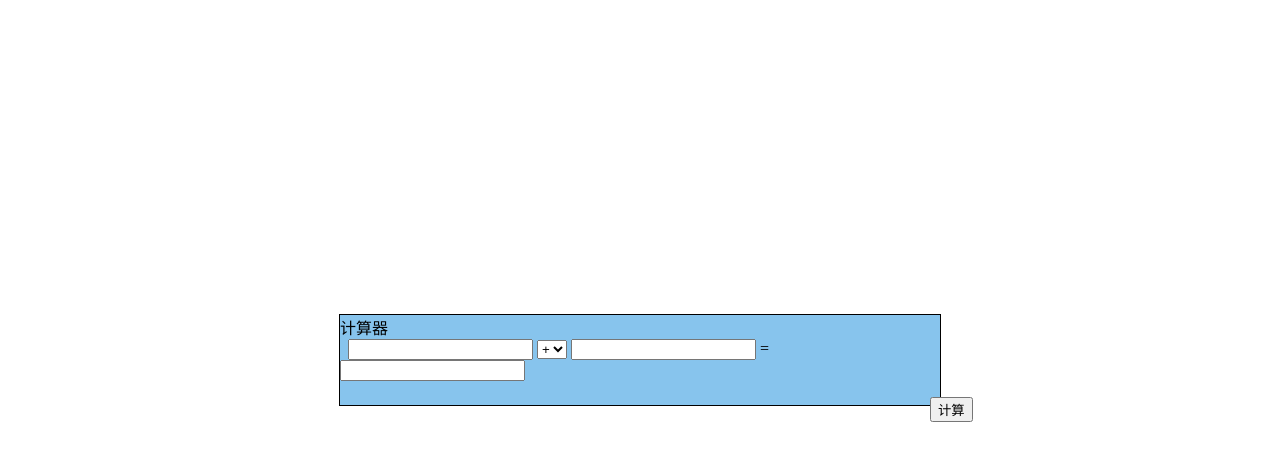
Repository: guirui-li/StudyJavaWeb
Page: http://localhost/JavawebTest/experiment03/jisuan.jsp
The author's editor kept a copy of each file at every save. The page is drawn from the files as they stood at one save, then again after the next save.
The browser window is 1280 px wide. The pictures show the whole page.
The page is served by Tomcat 9. Other server files are loaded and not shown.

Above is the page before, as saved 2019-05-03 06:44:12.

### JavawebTest/WebContent/experiment03/jisuan.jsp
<%@ page language="java" contentType="text/html; charset=UTF-8"
    pageEncoding="UTF-8"%>
<!DOCTYPE html>
<html>
<head>
<meta charset="UTF-8">
<title>计算器</title>
	<style type="text/css">
		#jisuan{
			border: 1px solid black;
			width:600px;
			height:90px;
			background-color:#87c4ed;
			position: absolute;
			top:50%;
			left:50%;
			transform:translate(-50%,-50%);
		}
		#Submit{
			margin-left: 590px;
		}
	</style>
</head>
<body>
	<%
		String number1str=request.getParameter("number1");
		String number2str=request.getParameter("number2");
		String optionstr=request.getParameter("select");
		String sum=request.getParameter("sum");
		if(number1str==null||number2str==null||optionstr==null||sum==null){
			number1str="";
			number2str="";
			optionstr="+";
			sum="";
		}
	%>
	<div id="jisuan">
	计算器
	<form action="dojisuan.jsp" name="form1" method="post" id="form1">
		<label>&nbsp;
			<input type="text" name="number1" value="<%= number1str%>"/>
		</label>
		<label>
			<select name="select">
				<option value="+" selected="selected">+</option>
				<option value="-" >-</option>
				<option value="*" >*</option>
				<option value="/" >/</option>
			</select>
		</label>
		<label>
			<input type="text" name="number2" value="<%= number2str%>">
		</label>
		=
		<label>
			<input type="text" name="sum" value="<%=sum %>">
		</label>
		<p>
			<label>
				<input type="submit" name="Submit" value="计算"  id="Submit"/>
			</label>
		</p>
	</form>
	</div>
</body>
</html>

After the next save:
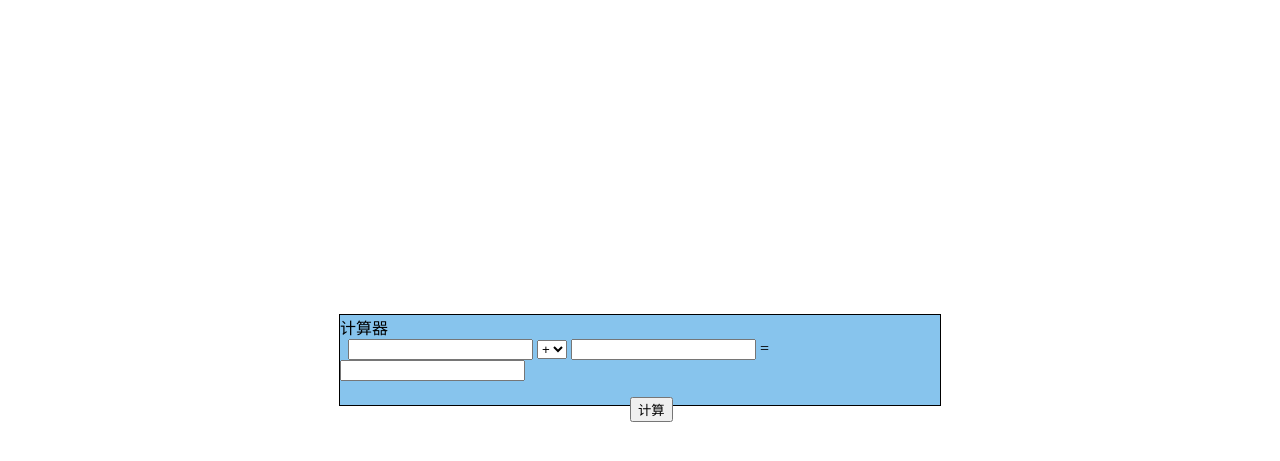
Saved 12 s later.
--- a/JavawebTest/WebContent/experiment03/jisuan.jsp
+++ b/JavawebTest/WebContent/experiment03/jisuan.jsp
@@ -17,7 +17,7 @@
 			transform:translate(-50%,-50%);
 		}
 		#Submit{
-			margin-left: 590px;
+			margin-left: 290px;
 		}
 	</style>
 </head>
